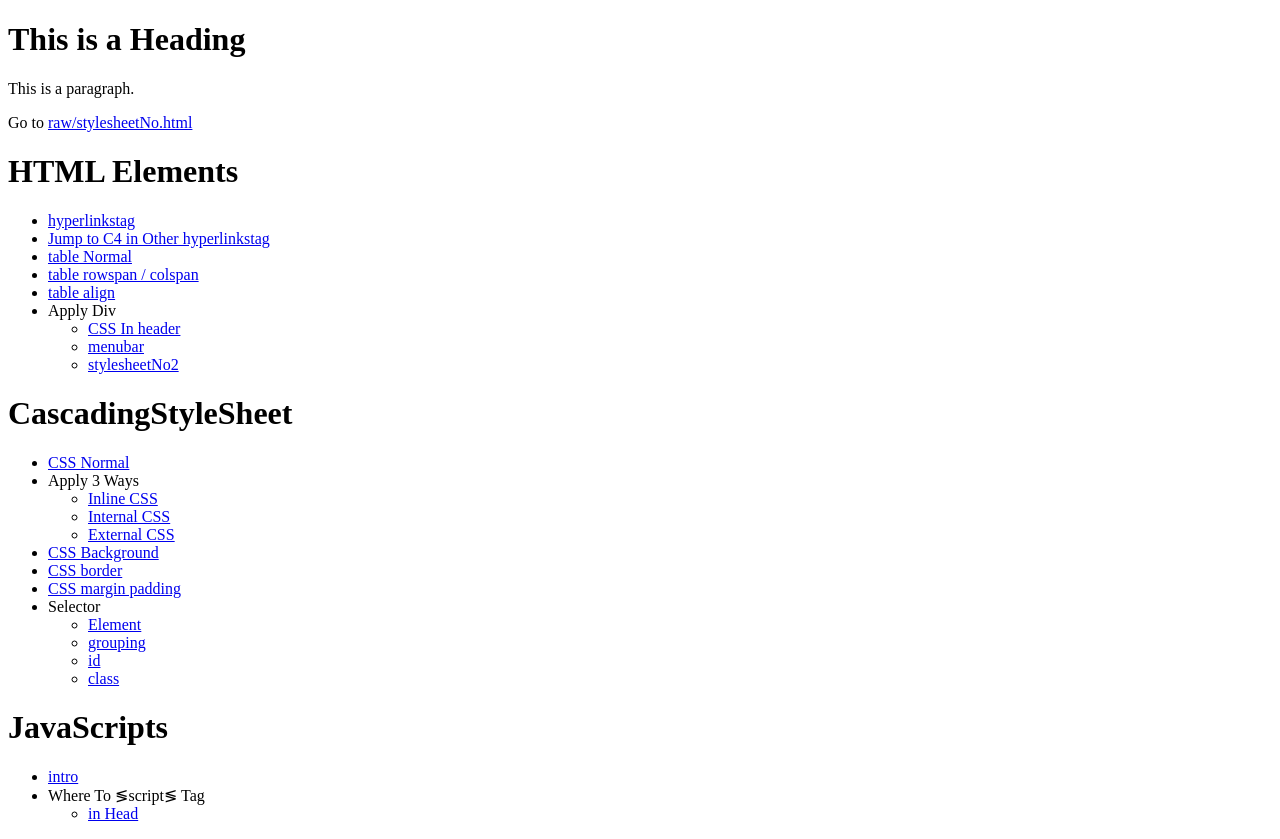
Repository: SanghunOh/learn_publising
Page: HtmlCss/WebContent/index.html
An editor plug-in stored every save of this project. The page is shown before and after the next save, followed by the edit.
The browser window is 1280 px wide. The pictures show the whole page.

Above is the page before, as saved 2018-05-07 03:42:57.

After the next save:
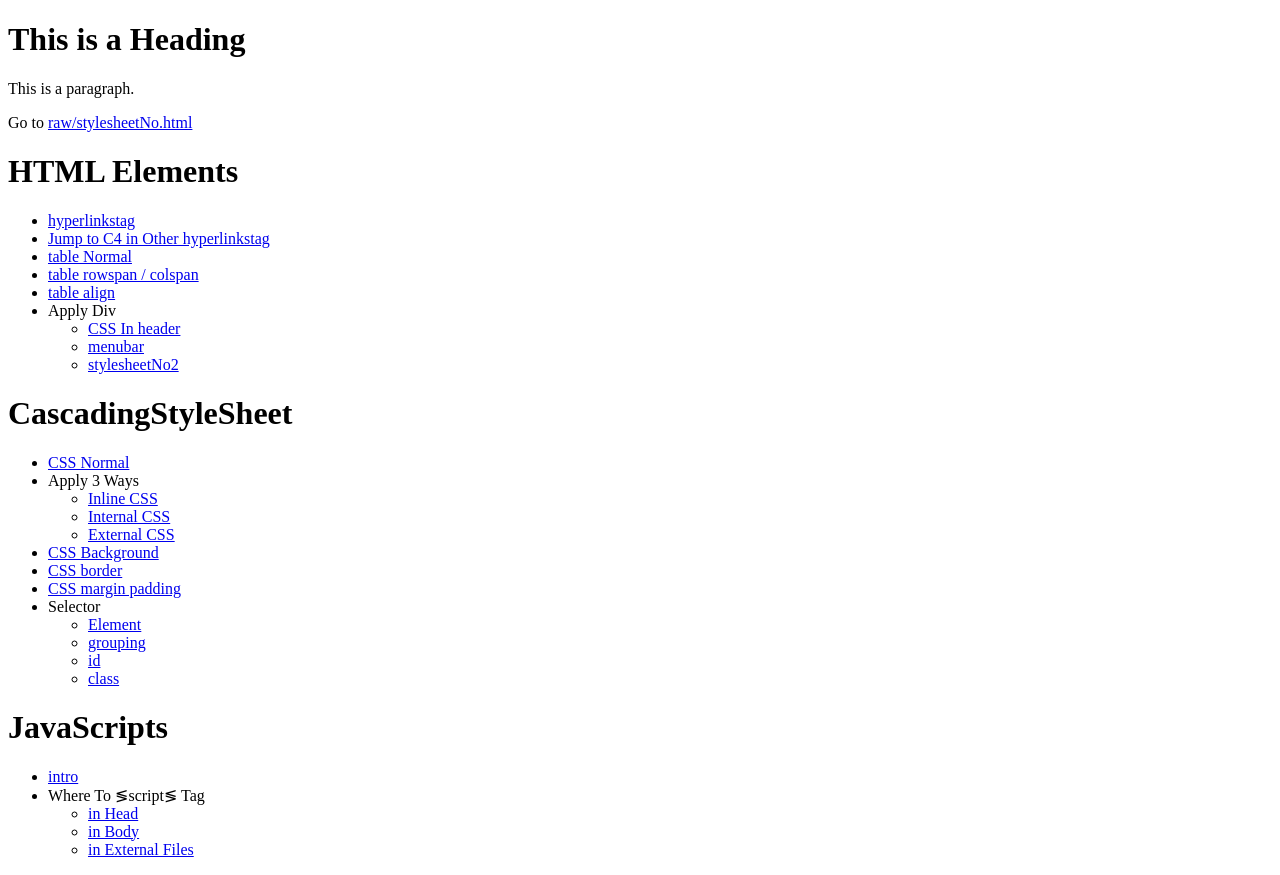
Saved 40 s later.
--- a/HtmlCss/WebContent/index.html
+++ b/HtmlCss/WebContent/index.html
@@ -65,6 +65,8 @@
 		<li>Where To &lg;script&lg; Tag
 			<ul>
 				<li><a href="JavaScripts/whereto/inHead.html">in Head</a></li>
+				<li><a href="JavaScripts/whereto/inBody.html">in Body</a></li>
+				<li><a href="JavaScripts/whereto/inExternalFile.html">in External Files</a></li>
 			</ul>
 		</li>
 	</ul>
